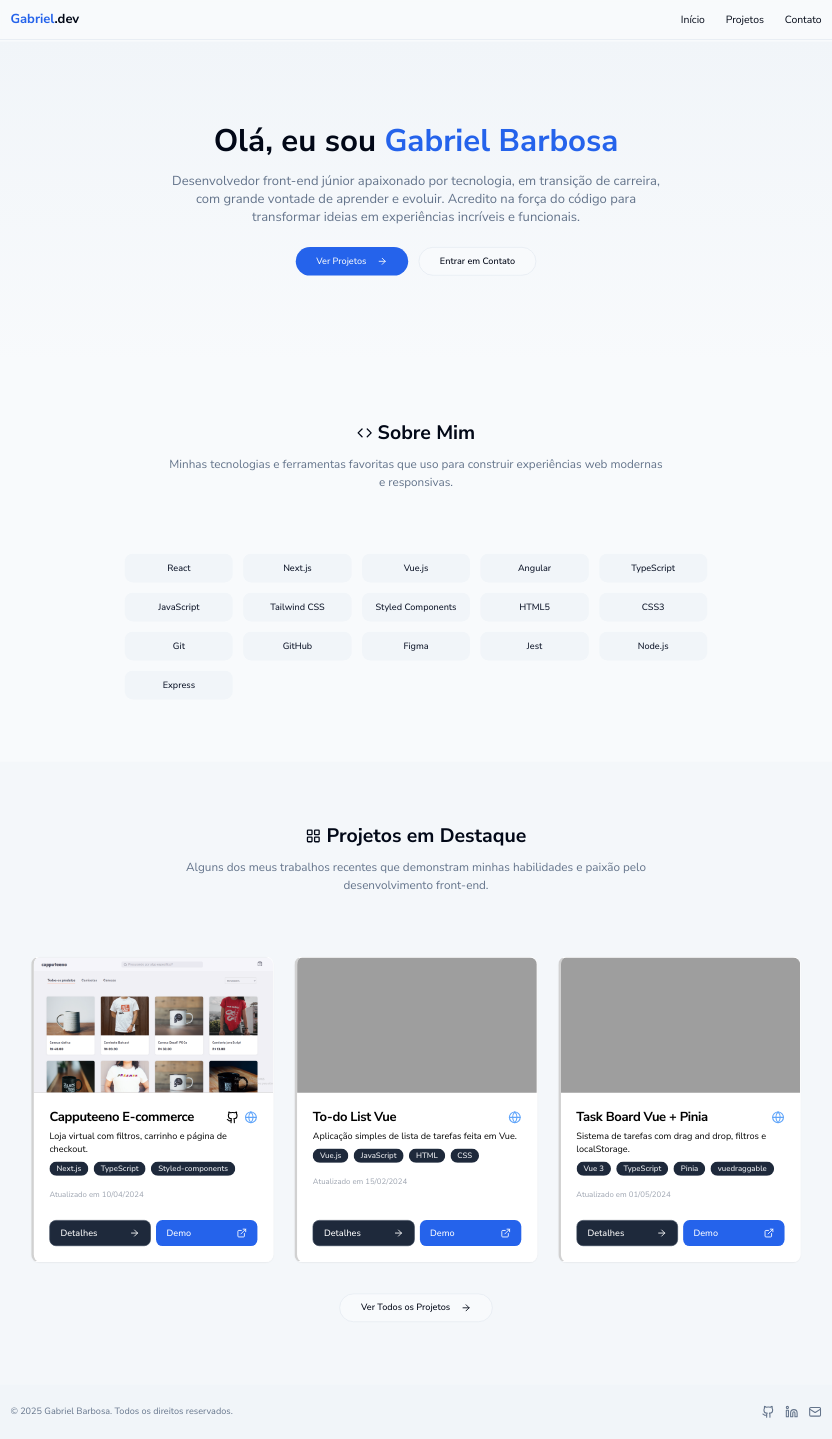
Repository: Biel-barbosa/portfolio-gabriel
Page: /
These files come from the project's save history. The page is drawn as it stood at one moment and after the next save; the edit follows.
The browser window is 1280 px wide. The pictures show the whole page, at 65% of full size.
Pictures or frames that could not be fetched are drawn as grey boxes. The project was rebuilt for these pictures with package versions that can differ from the ones it lists, and the page was loaded fresh each time. Also part of the build but not shown: vite.config.ts, src/components/ui/tooltip.tsx, src/api/vercel-projects.ts, src/services/projectService.ts, src/pages/Projects.tsx, src/pages/ProjectDetail.tsx, src/pages/Contact.tsx, src/pages/NotFound.tsx.

Above is the page before, as saved 2025-05-21 13:27:24.

### index.html

<!DOCTYPE html>
<html lang="pt-BR">
  <head>
    <meta charset="UTF-8" />
    <meta name="viewport" content="width=device-width, initial-scale=1.0" />
    <title>Gabriel Barbosa | Desenvolvedor Front-end</title>
    <meta name="description" content="Portfólio de Gabriel Barbosa - Desenvolvedor Front-end Júnior" />
    <meta name="author" content="Gabriel Barbosa" />

    <meta property="og:title" content="Gabriel Barbosa | Desenvolvedor Front-end" />
    <meta property="og:description" content="Portfólio de Gabriel Barbosa - Desenvolvedor Front-end Júnior" />
    <meta property="og:type" content="website" />
    <link rel="icon" type="image/svg+xml" href="/favicon.svg" />
  </head>

  <body>
    <div id="root"></div>
    <!-- IMPORTANT: DO NOT REMOVE THIS SCRIPT TAG OR THIS VERY COMMENT! -->
    <script src="https://cdn.gpteng.co/gptengineer.js" type="module"></script>
    <script type="module" src="/src/main.tsx"></script>
  </body>
</html>

### src/App.tsx

import { Toaster } from "@/components/ui/toaster";
import { Toaster as Sonner } from "@/components/ui/sonner";
import { TooltipProvider } from "@/components/ui/tooltip";
import { QueryClient, QueryClientProvider } from "@tanstack/react-query";
import { BrowserRouter, Routes, Route } from "react-router-dom";
import Index from "./pages/Index";
import Projects from "./pages/Projects";
import ProjectDetail from "./pages/ProjectDetail";
import Contact from "./pages/Contact";
import NotFound from "./pages/NotFound";

const queryClient = new QueryClient();

const App = () => (
  <QueryClientProvider client={queryClient}>
    <TooltipProvider>
      <Toaster />
      <Sonner />
      <BrowserRouter>
        <Routes>
          <Route path="/" element={<Index />} />
          <Route path="/projetos" element={<Projects />} />
          <Route path="/projetos/:id" element={<ProjectDetail />} />
          <Route path="/contato" element={<Contact />} />
          <Route path="*" element={<NotFound />} />
        </Routes>
      </BrowserRouter>
    </TooltipProvider>
  </QueryClientProvider>
);

export default App;

### src/index.css

@import url('https://fonts.googleapis.com/css2?family=Nunito+Sans:opsz,wght@6..12,300;6..12,400;6..12,500;6..12,600;6..12,700&display=swap');

@tailwind base;
@tailwind components;
@tailwind utilities;

@layer base {
  :root {
    --background: 210 40% 98%;
    --foreground: 222.2 84% 4.9%;

    --card: 0 0% 100%;
    --card-foreground: 222.2 84% 4.9%;

    --popover: 0 0% 100%;
    --popover-foreground: 222.2 84% 4.9%;

    --primary: 221.2 83% 53.3%;
    --primary-foreground: 210 40% 98%;

    --secondary: 210 40% 96.1%;
    --secondary-foreground: 222.2 47.4% 11.2%;

    --muted: 210 40% 96.1%;
    --muted-foreground: 215.4 16.3% 46.9%;

    --accent: 221.2 83% 53.3%;
    --accent-foreground: 222.2 47.4% 11.2%;

    --destructive: 0 84.2% 60.2%;
    --destructive-foreground: 210 40% 98%;

    --border: 214.3 31.8% 91.4%;
    --input: 214.3 31.8% 91.4%;
    --ring: 221.2 83% 53.3%;

    --radius: 0.75rem;
  }

  * {
    @apply border-border;
  }

  body {
    @apply bg-background text-foreground;
    font-feature-settings: "rlig" 1, "calt" 1;
    font-family: 'Nunito Sans', sans-serif;
  }

  .tech-tag {
    @apply bg-secondary text-secondary-foreground rounded-full px-3 py-1 text-sm font-medium transition-colors;
  }

  .card-hover {
    @apply transition-all hover:shadow-lg hover:-translate-y-1;
  }

  .button-primary {
    @apply bg-primary text-primary-foreground hover:bg-primary/90 rounded-full px-6 py-2 font-medium transition-colors;
  }

  .button-secondary {
    @apply bg-secondary text-secondary-foreground hover:bg-secondary/80 rounded-full px-6 py-2 font-medium transition-colors border border-secondary;
  }
}

### src/components/ui/toaster.tsx

"use client"

import {
  Toast,
  ToastClose,
  ToastDescription,
  ToastProvider,
  ToastTitle,
  ToastViewport,
} from "@/components/ui/toast"
import { useToast } from "@/components/ui/use-toast"

export function Toaster() {
  const { toasts } = useToast()

  return (
    <ToastProvider>
      {toasts.map(function ({ id, title, description, action, ...props }) {
        return (
          <Toast key={id} {...props}>
            <div className="grid gap-1">
              {title && <ToastTitle>{title}</ToastTitle>}
              {description && (
                <ToastDescription>{description}</ToastDescription>
              )}
            </div>
            {action}
            <ToastClose />
          </Toast>
        )
      })}
      <ToastViewport />
    </ToastProvider>
  )
}

### src/components/ui/sonner.tsx
import { useTheme } from "next-themes"
import { Toaster as Sonner, toast } from "sonner"

type ToasterProps = React.ComponentProps<typeof Sonner>

const Toaster = ({ ...props }: ToasterProps) => {
  const { theme = "system" } = useTheme()

  return (
    <Sonner
      theme={theme as ToasterProps["theme"]}
      className="toaster group"
      toastOptions={{
        classNames: {
          toast:
            "group toast group-[.toaster]:bg-background group-[.toaster]:text-foreground group-[.toaster]:border-border group-[.toaster]:shadow-lg",
          description: "group-[.toast]:text-muted-foreground",
          actionButton:
            "group-[.toast]:bg-primary group-[.toast]:text-primary-foreground",
          cancelButton:
            "group-[.toast]:bg-muted group-[.toast]:text-muted-foreground",
        },
      }}
      {...props}
    />
  )
}

export { Toaster, toast }

### src/pages/Index.tsx

import React from 'react';
import { Link } from 'react-router-dom';
import { ArrowRight, Code, LayoutGrid } from 'lucide-react';
import { Button } from '@/components/ui/button';
import { featuredProjects } from '../services/projectService';
import ProjectCard from '../components/ProjectCard';
import Header from '../components/Header';
import Footer from '../components/Footer';
import { Project } from '../types';

const Index = () => {
  const technologies = [
    'React', 'Next.js', 'Vue.js', 'Angular', 'TypeScript', 'JavaScript',
    'Tailwind CSS', 'Styled Components', 'HTML5', 'CSS3', 'Git', 'GitHub',
    'Figma', 'Jest', 'Node.js', 'Express'
  ];

  const projetosManuais: Project[] = [
  {
    id: "capputeeno",
    name: "Capputeeno E-commerce",
    description: "Loja virtual com filtros, carrinho e página de checkout.",
    imageUrl: "/images/capputeeno.png",
    githubUrl: "https://github.com/seuusuario/capputeeno",
    deployUrl: "https://capputeeno.vercel.app",
    source: "vercel",
    deployedAt: "2024-04-10",
    technologies: ["Next.js", "TypeScript", "Styled-components"],
  },
  {
    id: "todo-vue",
    name: "To-do List Vue",
    description: "Aplicação simples de lista de tarefas feita em Vue.",
    imageUrl: "/images/todo-vue.png",
    deployUrl: "https://todo-vue.vercel.app",
    source: "vercel",
    deployedAt: "2024-02-15",
    technologies: ["Vue.js", "JavaScript", "HTML", "CSS"],
  },
  {
    id: "taskboard",
    name: "Task Board Vue + Pinia",
    description: "Sistema de tarefas com drag and drop, filtros e localStorage.",
    imageUrl: "/images/taskboard.png",
    deployUrl: "https://taskboard.vercel.app",
    source: "vercel",
    deployedAt: "2024-05-01",
    technologies: ["Vue 3", "TypeScript", "Pinia", "vuedraggable"],
  }
];

  return (
    <div className="min-h-screen flex flex-col">
      <Header />

      <main className="flex-grow pt-16">
        {/* Hero Section */}
        <section className="py-20 md:py-32 px-4 bg-gradient-to-b from-secondary to-background">
          <div className="container mx-auto">
            <div className="flex flex-col items-center text-center max-w-3xl mx-auto animate-fade-in">
              <h1 className="text-4xl md:text-5xl font-bold mb-6">
                Olá, eu sou <span className="text-primary">Gabriel Barbosa</span>
              </h1>
              <p className="text-lg md:text-xl text-muted-foreground mb-8">
                Desenvolvedor front-end júnior apaixonado por tecnologia, em transição de carreira,
                com grande vontade de aprender e evoluir. Acredito na força do código para transformar
                ideias em experiências incríveis e funcionais.
              </p>
              <div className="flex flex-col sm:flex-row gap-4">
                <Button size="lg" className="rounded-full" asChild>
                  <Link to="/projetos">
                    Ver Projetos <ArrowRight className="ml-2 h-4 w-4" />
                  </Link>
                </Button>
                <Button variant="outline" size="lg" className="rounded-full" asChild>
                  <Link to="/contato">
                    Entrar em Contato
                  </Link>
                </Button>
              </div>
            </div>
          </div>
        </section>

        {/* About Section */}
        <section className="py-16 md:py-24 px-4">
          <div className="container mx-auto">
            <div className="flex flex-col items-center text-center max-w-3xl mx-auto mb-16">
              <h2 className="text-3xl font-bold mb-4 flex items-center">
                <Code className="mr-2 h-6 w-6" /> Sobre Mim
              </h2>
              <p className="text-lg text-muted-foreground mb-8">
                Minhas tecnologias e ferramentas favoritas que uso para construir experiências web modernas e responsivas.
              </p>
            </div>

            <div className="grid grid-cols-2 sm:grid-cols-3 md:grid-cols-4 lg:grid-cols-5 gap-4 max-w-4xl mx-auto">
              {technologies.map((tech, index) => (
                <div
                  key={index}
                  className="bg-secondary rounded-lg py-3 px-4 text-center tech-tag card-hover"
                >
                  {tech}
                </div>
              ))}
            </div>
          </div>
        </section>

        {/* Featured Projects Section */}
        <section className="py-16 md:py-24 px-4 bg-secondary/50">
          <div className="container mx-auto">
            <div className="flex flex-col items-center text-center max-w-3xl mx-auto mb-16">
              <h2 className="text-3xl font-bold mb-4 flex items-center">
                <LayoutGrid className="mr-2 h-6 w-6" /> Projetos em Destaque
              </h2>
              <p className="text-lg text-muted-foreground mb-8">
                Alguns dos meus trabalhos recentes que demonstram minhas habilidades e paixão pelo desenvolvimento front-end.
              </p>
            </div>

            <div className="grid md:grid-cols-2 lg:grid-cols-3 gap-8">
              {projetosManuais.map((project) => (
                <ProjectCard key={project.id} project={project} featured />
              ))}
            </div>

            <div className="flex justify-center mt-12">
              <Button variant="outline" size="lg" className="rounded-full" asChild>
                <Link to="/projetos">
                  Ver Todos os Projetos <ArrowRight className="ml-2 h-4 w-4" />
                </Link>
              </Button>
            </div>
          </div>
        </section>
      </main>

      <Footer />
    </div>
  );
};

export default Index;

### src/components/ui/button.tsx
import * as React from "react"
import { Slot } from "@radix-ui/react-slot"
import { cva, type VariantProps } from "class-variance-authority"

import { cn } from "@/lib/utils"

const buttonVariants = cva(
  "inline-flex items-center justify-center gap-2 whitespace-nowrap rounded-md text-sm font-medium ring-offset-background transition-colors focus-visible:outline-none focus-visible:ring-2 focus-visible:ring-ring focus-visible:ring-offset-2 disabled:pointer-events-none disabled:opacity-50 [&_svg]:pointer-events-none [&_svg]:size-4 [&_svg]:shrink-0",
  {
    variants: {
      variant: {
        default: "bg-primary text-primary-foreground hover:bg-primary/90",
        destructive:
          "bg-destructive text-destructive-foreground hover:bg-destructive/90",
        outline:
          "border border-input bg-background hover:bg-accent hover:text-accent-foreground",
        secondary:
          "bg-secondary text-secondary-foreground hover:bg-secondary/80",
        ghost: "hover:bg-accent hover:text-accent-foreground",
        link: "text-primary underline-offset-4 hover:underline",
      },
      size: {
        default: "h-10 px-4 py-2",
        sm: "h-9 rounded-md px-3",
        lg: "h-11 rounded-md px-8",
        icon: "h-10 w-10",
      },
    },
    defaultVariants: {
      variant: "default",
      size: "default",
    },
  }
)

export interface ButtonProps
  extends React.ButtonHTMLAttributes<HTMLButtonElement>,
    VariantProps<typeof buttonVariants> {
  asChild?: boolean
}

const Button = React.forwardRef<HTMLButtonElement, ButtonProps>(
  ({ className, variant, size, asChild = false, ...props }, ref) => {
    const Comp = asChild ? Slot : "button"
    return (
      <Comp
        className={cn(buttonVariants({ variant, size, className }))}
        ref={ref}
        {...props}
      />
    )
  }
)
Button.displayName = "Button"

export { Button, buttonVariants }

### src/components/Header.tsx

import React, { useState } from 'react';
import { Link } from 'react-router-dom';
import { Menu, X } from 'lucide-react';
import { Button } from '@/components/ui/button';
import { cn } from '@/lib/utils';

const Header = () => {
  const [isMenuOpen, setIsMenuOpen] = useState(false);

  return (
    <header className="fixed w-full bg-background/80 backdrop-blur-sm z-50 border-b">
      <div className="container mx-auto px-4 py-4 flex items-center justify-between">
        <Link to="/" className="text-xl font-bold text-primary">
          Gabriel<span className="text-foreground">.dev</span>
        </Link>

        {/* Desktop Navigation */}
        <nav className="hidden md:flex items-center space-x-8">
          <Link to="/" className="text-foreground hover:text-primary transition-colors">
            Início
          </Link>
          <Link to="/projetos" className="text-foreground hover:text-primary transition-colors">
            Projetos
          </Link>
          <Link to="/contato" className="text-foreground hover:text-primary transition-colors">
            Contato
          </Link>
        </nav>

        {/* Mobile Menu Button */}
        <Button
          variant="ghost"
          size="icon"
          className="md:hidden"
          onClick={() => setIsMenuOpen(!isMenuOpen)}
        >
          {isMenuOpen ? <X className="h-6 w-6" /> : <Menu className="h-6 w-6" />}
        </Button>
      </div>

      {/* Mobile Navigation */}
      <div
        className={cn(
          "fixed inset-0 top-[60px] bg-slate-900/95 backdrop-blur-md z-40 flex flex-col items-center pt-8 md:hidden",
          isMenuOpen ? "animate-fade-in" : "hidden"
        )}
      >
        <nav className="flex flex-col items-center space-y-6 text-lg">
          <Link
            to="/"
            className="text-white hover:text-primary transition-colors"
            onClick={() => setIsMenuOpen(false)}
          >
            Início
          </Link>
          <Link
            to="/projetos"
            className="text-white hover:text-primary transition-colors"
            onClick={() => setIsMenuOpen(false)}
          >
            Projetos
          </Link>
          <Link
            to="/contato"
            className="text-white hover:text-primary transition-colors"
            onClick={() => setIsMenuOpen(false)}
          >
            Contato
          </Link>
        </nav>
      </div>
    </header>
  );
};

export default Header;

### src/components/Footer.tsx

import React from 'react';
import { Github, Linkedin, Mail } from 'lucide-react';

const Footer = () => {
  return (
    <footer className="bg-secondary py-8">
      <div className="container mx-auto px-4">
        <div className="flex flex-col md:flex-row justify-between items-center">
          <div className="mb-4 md:mb-0">
            <p className="text-sm text-muted-foreground">
              © {new Date().getFullYear()} Gabriel Barbosa. Todos os direitos reservados.
            </p>
          </div>

          <div className="flex space-x-4">
            <a
              href="https://github.com/Biel-barbosa"
              target="_blank"
              rel="noopener noreferrer"
              className="text-muted-foreground hover:text-primary transition-colors"
              aria-label="GitHub"
            >
              <Github className="h-5 w-5" />
            </a>
            <a
              href="https://www.linkedin.com/in/gabriel-a-barbosa/"
              target="_blank"
              rel="noopener noreferrer"
              className="text-muted-foreground hover:text-primary transition-colors"
              aria-label="LinkedIn"
            >
              <Linkedin className="h-5 w-5" />
            </a>
            <a
              href="mailto:gabriellbarbosaads@gmail.com"
              className="text-muted-foreground hover:text-primary transition-colors"
              aria-label="Email"
            >
              <Mail className="h-5 w-5" />
            </a>
          </div>
        </div>
      </div>
    </footer>
  );
};

export default Footer;

### src/components/ui/card.tsx
import * as React from "react"

import { cn } from "@/lib/utils"

const Card = React.forwardRef<
  HTMLDivElement,
  React.HTMLAttributes<HTMLDivElement>
>(({ className, ...props }, ref) => (
  <div
    ref={ref}
    className={cn(
      "rounded-lg border bg-card text-card-foreground shadow-sm",
      className
    )}
    {...props}
  />
))
Card.displayName = "Card"

const CardHeader = React.forwardRef<
  HTMLDivElement,
  React.HTMLAttributes<HTMLDivElement>
>(({ className, ...props }, ref) => (
  <div
    ref={ref}
    className={cn("flex flex-col space-y-1.5 p-6", className)}
    {...props}
  />
))
CardHeader.displayName = "CardHeader"

const CardTitle = React.forwardRef<
  HTMLParagraphElement,
  React.HTMLAttributes<HTMLHeadingElement>
>(({ className, ...props }, ref) => (
  <h3
    ref={ref}
    className={cn(
      "text-2xl font-semibold leading-none tracking-tight",
      className
    )}
    {...props}
  />
))
CardTitle.displayName = "CardTitle"

const CardDescription = React.forwardRef<
  HTMLParagraphElement,
  React.HTMLAttributes<HTMLParagraphElement>
>(({ className, ...props }, ref) => (
  <p
    ref={ref}
    className={cn("text-sm text-muted-foreground", className)}
    {...props}
  />
))
CardDescription.displayName = "CardDescription"

const CardContent = React.forwardRef<
  HTMLDivElement,
  React.HTMLAttributes<HTMLDivElement>
>(({ className, ...props }, ref) => (
  <div ref={ref} className={cn("p-6 pt-0", className)} {...props} />
))
CardContent.displayName = "CardContent"

const CardFooter = React.forwardRef<
  HTMLDivElement,
  React.HTMLAttributes<HTMLDivElement>
>(({ className, ...props }, ref) => (
  <div
    ref={ref}
    className={cn("flex items-center p-6 pt-0", className)}
    {...props}
  />
))
CardFooter.displayName = "CardFooter"

export { Card, CardHeader, CardFooter, CardTitle, CardDescription, CardContent }

### src/components/ui/badge.tsx
import * as React from "react"
import { cva, type VariantProps } from "class-variance-authority"

import { cn } from "@/lib/utils"

const badgeVariants = cva(
  "inline-flex items-center rounded-full border px-2.5 py-0.5 text-xs font-semibold transition-colors focus:outline-none focus:ring-2 focus:ring-ring focus:ring-offset-2",
  {
    variants: {
      variant: {
        default:
          "border-transparent bg-primary text-primary-foreground hover:bg-primary/80",
        secondary:
          "border-transparent bg-secondary text-secondary-foreground hover:bg-secondary/80",
        destructive:
          "border-transparent bg-destructive text-destructive-foreground hover:bg-destructive/80",
        outline: "text-foreground",
      },
    },
    defaultVariants: {
      variant: "default",
    },
  }
)

export interface BadgeProps
  extends React.HTMLAttributes<HTMLDivElement>,
    VariantProps<typeof badgeVariants> {}

function Badge({ className, variant, ...props }: BadgeProps) {
  return (
    <div className={cn(badgeVariants({ variant }), className)} {...props} />
  )
}

export { Badge, badgeVariants }

Loaded but not shown: src/main.tsx (common file); src/lib/utils.ts (common file); src/components/ui/toast.tsx (128 lines, source omitted); src/components/ui/use-toast.ts (191 lines, source omitted); src/components/ProjectCard.tsx (95 lines, source omitted); tailwind.config.ts (106 lines, source omitted)

After the next save:
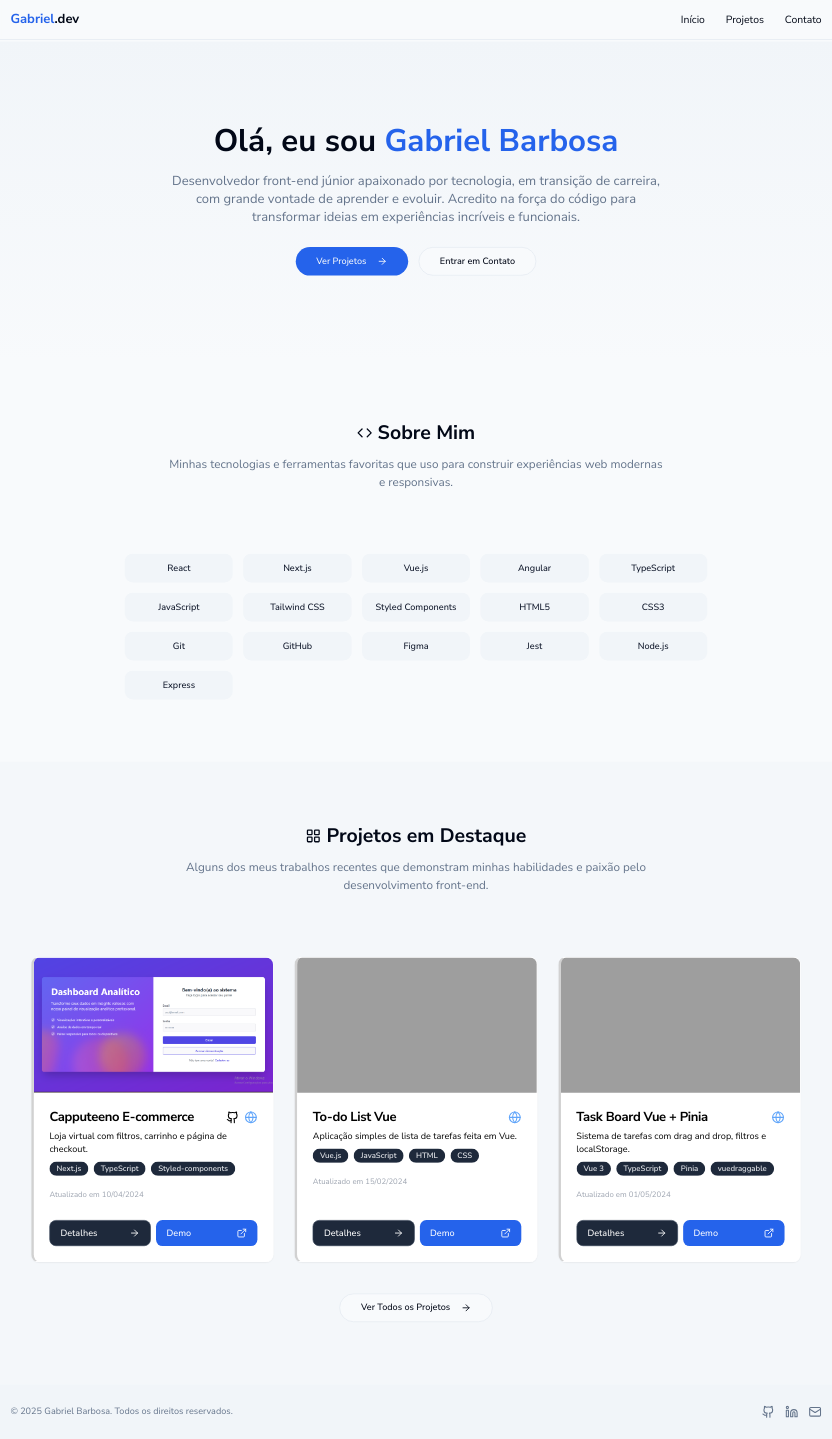
Saved 20 min 23 s later.
--- a/src/pages/Index.tsx
+++ b/src/pages/Index.tsx
@@ -21,7 +21,7 @@ const Index = () => {
     id: "capputeeno",
     name: "Capputeeno E-commerce",
     description: "Loja virtual com filtros, carrinho e página de checkout.",
-    imageUrl: "/images/capputeeno.png",
+    imageUrl: "/imgdashbord.png",
     githubUrl: "https://github.com/seuusuario/capputeeno",
     deployUrl: "https://capputeeno.vercel.app",
     source: "vercel",
